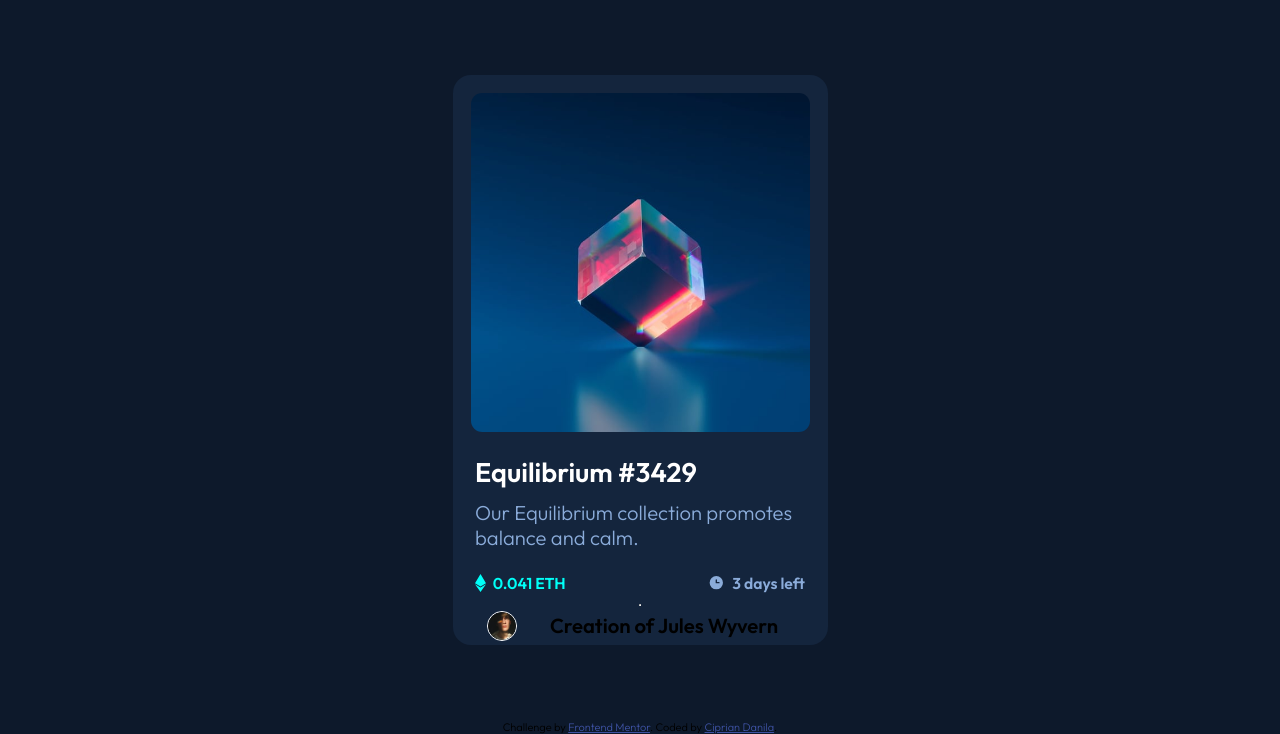
Repository: cipdanila/NFT-preview-card-component
Page: index.html
The author's editor kept a copy of each file at every save. The page is drawn from the files as they stood at one save, then again after the next save.
The browser window is 1280 px wide. The pictures show the whole page.

Above is the page before, as saved 2024-01-31 17:12:35.

After the next save:
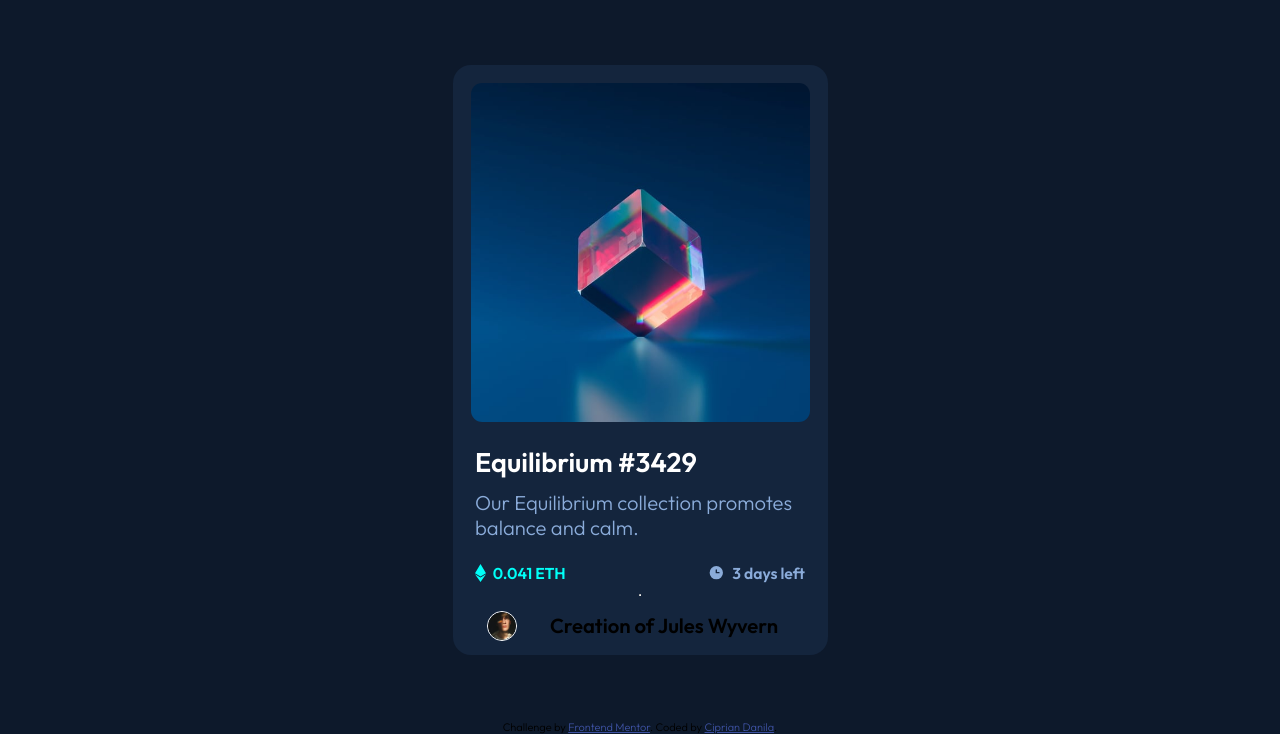
Saved 26 s later.
--- a/style.css
+++ b/style.css
@@ -102,7 +102,7 @@
     /* width: auto; */
     display: flex;
     align-items: center;
-    padding: 1px 10px;
+    padding: 0.625rem ;
 }
 
 .owner img {
